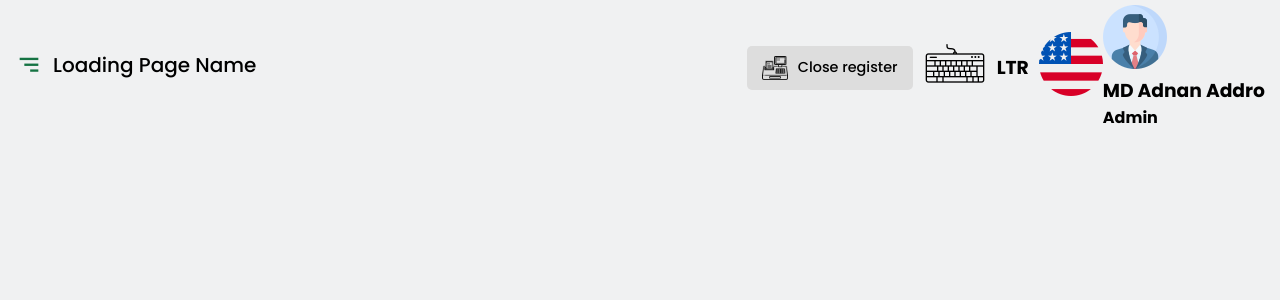
Repository: codebyaddro/pos-navbar
Page: index.html
The author's editor kept a copy of each file at every save. The page is drawn from the files as they stood at one save, then again after a run of saves.
The browser window is 1280 px wide. The pictures show the whole page.

Above is the page before, as saved 2025-02-13 16:01:30.

### index.html
<!DOCTYPE html>
<html lang="en">
<head>
    <meta charset="UTF-8">
    <meta name="viewport" content="width=device-width, initial-scale=1.0">
    <!-- CSS -->
    <link rel="stylesheet" href="/css/style.css">
    <!-- Icons -->
    <link href='https://unpkg.com/boxicons@2.1.4/css/boxicons.min.css' rel='stylesheet'>
    <title>Navbar - Block</title>
</head>
<body style="background-color: #f0f1f2;">
    <nav class="cba-nav-container">
        <div class="cba-nav-side-menu-toggle-icon-loading-pagename">
            <div class="cba-nav-side-menu-toggle-icon">
                <!-- toggle first icon -->
                <i class='t-icon-open bx bx-menu-alt-right' id="iconDisplay" onclick="toggleIcon()"></i>
                <!-- toggle second icon -->
                <!-- <i class='t-icon-close bx bx-menu-alt-left' id="iconDisplay" onclick="toggleIcon()"></i> -->
                <!--todo: one of the toggle icon should be commented-->
            </div>
            <div class="cba-nav-loading-pagename">
                <h3>Loading Page Name</h3>
            </div>
        </div>
        <div class="cba-nav-features-user-logo-name">
            <div class="cba-nav-features">
                <div class="cba-nav-close-counter">
                    <img src="/img/cash-register.png" alt="cash-register-img">
                    <h3>Close register</h3>
                </div>
                <div class="cba-nav-keyboard-shortcut">
                    <img src="/img/computer-keyboard.png" alt="keyboard-img">
                </div>
                <div class="cba-nav-ltr-rtl-switch">
                    <h3><span id="text">LTR</span></h3>
                </div>
                <div class="cba-nav-lang-switch" onclick="toggleImage()">
                    <img src="/img/united-states.png" title="English" alt="united-state-flag" id="image">
                </div>
            </div>
            <div class="cba-nav-user-logo-name">
                <div class="cba-nav-user-logo">
                    <img src="/img/User.png" alt="user-img">
                </div>
                <div class="cba-nav-user-name">
                    <div class="cba-nav-user-name">
                        <h3>MD Adnan Addro</h3>
                    </div>
                    <div class="cba-nav-user-role">
                        <h4>Admin</h4>
                    </div>
                </div>
            </div>
        </div>
    </nav>
    <!-- Javascript -->
    <script src="/script/main.js"></script>
</body>
</html>

### css/style.css
/* -- fonts -- */
@import url('https://fonts.googleapis.com/css2?family=Poppins:ital,wght@0,100;0,200;0,300;0,400;0,500;0,600;0,700;0,800;0,900;1,100;1,200;1,300;1,400;1,500;1,600;1,700;1,800;1,900&family=Raleway:ital,wght@0,100..900;1,100..900&family=Roboto:ital,wght@0,100;0,300;0,400;0,500;0,700;0,900;1,100;1,300;1,400;1,500;1,700;1,900&family=VT323&display=swap');

/* -- root -- */

:root {
    --gray-white: #F0F1F2; /* For body*/
    --white: #FFFFFF;
    --black: #000000;
    --gray-black: #DDDDDD;
    --light-black: #212523;
    --light-black-op: #21252350;
    --main-green: #157343;
    --main-light: #37A000;
    --light-orange: #FD7E14;
    --green: #008000;
    --light-green: #e9f6ec;
    --red: #FF0000;
    --light-red: #fbeaec;
}

/* -- universal style -- */

* {
    margin: 0;
    padding: 0;
    box-sizing: border-box;
    font-family: "Poppins", serif;
}

/* -- web app cursor element selection style -- */

::selection {
    color: var(--white);
    background-color: var(--main-light);
}

/* -- nav container style -- */

.cba-nav-container {
    display: flex;
    justify-content: space-between;
    align-items: center;
    padding: 5px 15px;
}

/* -- nav side menu toggle icon and loading pagename style -- */

.cba-nav-side-menu-toggle-icon-loading-pagename {
    display: flex;
    gap: 10px;
    align-items: center;
}

/* -- nav side menu toggle icon style -- */

.t-icon-open {
    color: var(--main-green);
    font-size: 1.75rem;
    cursor: pointer;
}

.t-icon-close {
    color: var(--main-green);
    font-size: 1.75rem;
    cursor: pointer;
}

/* -- nav loading pagename style -- */

.cba-nav-loading-pagename h3 {
    color: var(--black);
    font-size: 1.25rem;
    font-weight: 500;
    margin-top: -5px;
}

/* -- nav features and user logo name style -- */

.cba-nav-features-user-logo-name {
    display: flex;
    /* gap: 10px; */
    align-items: center;
}

/* -- nav features style -- */

.cba-nav-features {
    display: flex;
    gap: 10px;
    align-items: center;
}

/* -- nav close counter style -- */

.cba-nav-close-counter {
    display: flex;
    gap: 10px;
    align-items: center;
    background-color: var(--gray-black);
    padding: 10px 15px;
    border-radius: 5px;
    cursor: pointer;
}

.cba-nav-close-counter img {
    height: 24px;
    width: 26px;
    cursor: pointer;
}

.cba-nav-close-counter h3 {
    color: var(--black);
    font-size: 0.9rem;
    font-weight: 500;
}

/* -- nav keyboard shortcut style -- */

### script/main.js
// JS function for Side Navigation Bar Toggle

function toggleIcon() {
    let icon = document.getElementById("iconDisplay");

    if (icon.classList.contains("bx-menu-alt-right")) {
        icon.classList.remove("bx-menu-alt-right");
        icon.classList.add("bx-menu-alt-left"); // Change to user alt left icon
    } else {
        icon.classList.remove("bx-menu-alt-left");
        icon.classList.add("bx-menu-alt-right"); // Change back to alt right icon
    }
}

// End of Side Navigation Bar Toggle

After the next 3 saves:
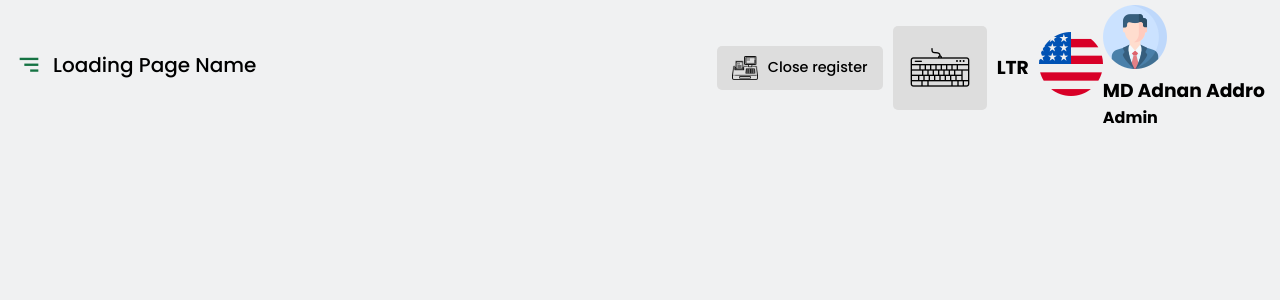
The 3 saves are shown as one change because they came seconds apart.
The last was saved 10 s later.
--- a/css/style.css
+++ b/css/style.css
@@ -116,3 +116,13 @@
 }
 
 /* -- nav keyboard shortcut style -- */
+
+.cba-nav-keyboard-shortcut {
+    display: flex;
+    gap: 10px;
+    align-items: center;
+    background-color: var(--gray-black);
+    padding: 10px 15px;
+    border-radius: 5px;
+    cursor: pointer;
+}
